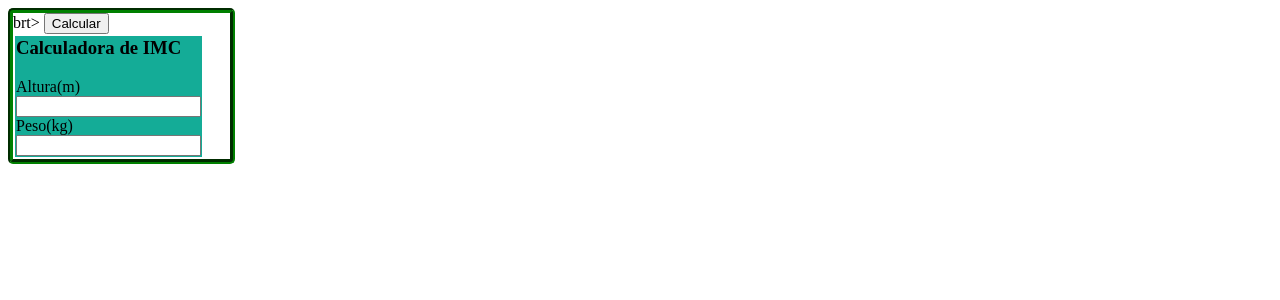
Repository: Patriciamativi/Projetos
Page: index.html
These files come from the project's save history. The page is drawn as it stood at one moment and after a run of saves; the edit follows.
The browser window is 1280 px wide. The pictures show the whole page.

Above is the page before, as saved 2022-11-21 14:51:50.

### index.html
<html>
    <head>
        <title>Calculadora de IMC</title>
        <meta charset="utf-8"/>

        <style type="text/css">

            p {
                border: 5px groove green;
                border-radius: 5px;
                width: 217px;
            }
            td {

                background-color: rgb(20, 172, 151);
            }

        </style>
    </head>
   <p>
<table border="0">
    <body>
         <tr>
            <td> <h3>Calculadora de IMC</h3>

            Altura(m)<br/>
            <input type: "number" > </br>

            Peso(kg)<br/>
            <input type: "number" > </br> </td>brt>

            <input type= "submit" value="Calcular"> </td> </tr>

    </table>
</p>
</body>
</html>

After the next 2 saves:
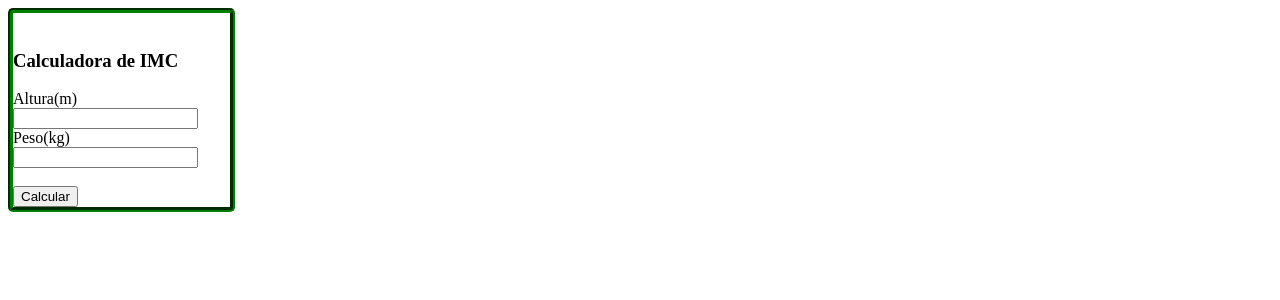
The 2 saves are shown as one change because they came seconds apart.
The last was saved 6 s later.
--- a/index.html
+++ b/index.html
@@ -21,13 +21,13 @@
 <table border="0">
     <body>
          <tr>
-            <td> <h3>Calculadora de IMC</h3>
+            <br> <h3>Calculadora de IMC</h3>
 
             Altura(m)<br/>
             <input type: "number" > </br>
 
             Peso(kg)<br/>
-            <input type: "number" > </br> </td>brt>
+            <input type: "number" > </br> </br>
 
             <input type= "submit" value="Calcular"> </td> </tr>
 
